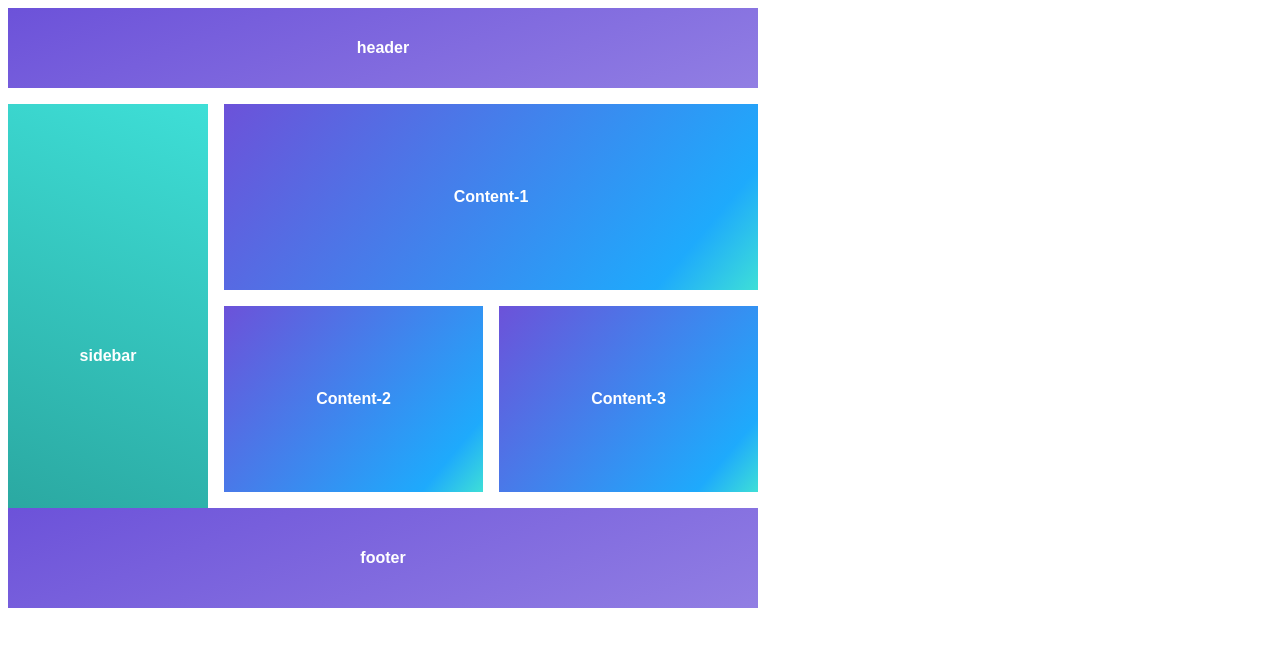
Repository: mariocapitbrok/css-grid
Page: 2_basicLayout/index.html
An editor plug-in stored every save of this project. The page is shown before and after a run of saves, followed by the edit.
The browser window is 1280 px wide. The pictures show the whole page.

Above is the page before, as saved 2022-12-30 14:19:45.

After the next 2 saves:
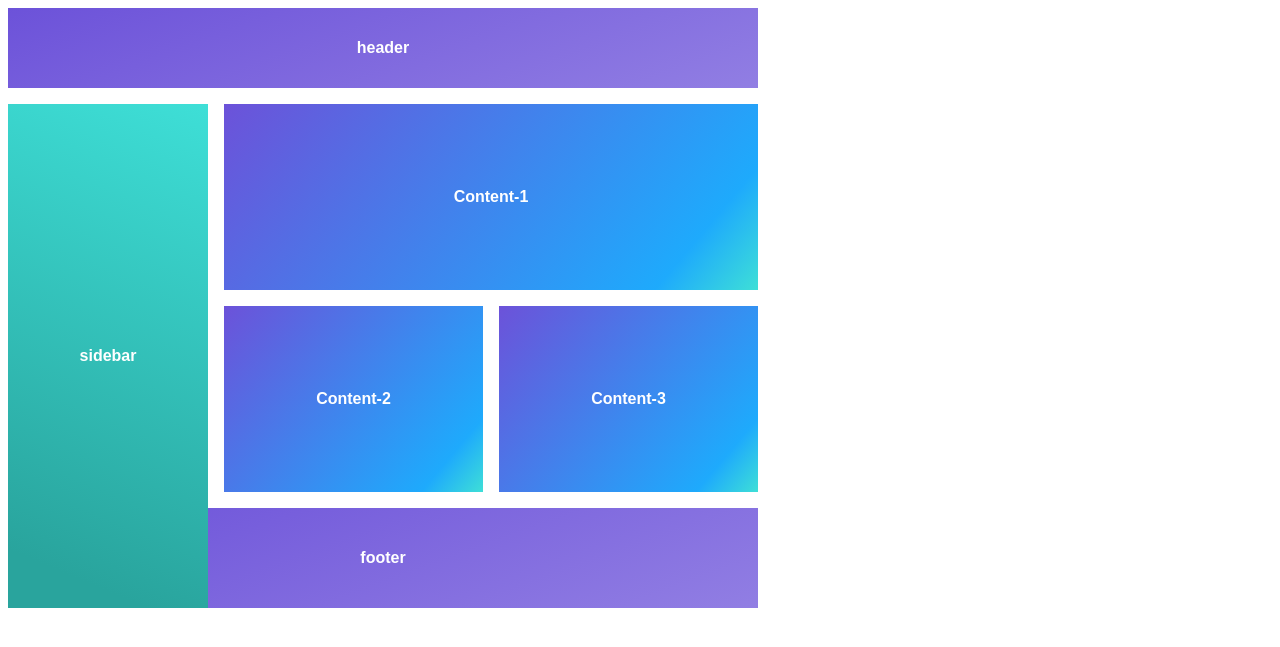
The 2 saves are shown as one change because they came seconds apart.
The last was saved 14 s later.
--- a/2_basicLayout/styles.css
+++ b/2_basicLayout/styles.css
@@ -30,6 +30,7 @@
   justify-content: center;
   align-items: center;
   background-image: linear-gradient(203deg,#3edfd7,#29a49d 90%);
+  z-index: 0;
 }
 
 .content-1 {

After the save that followed:
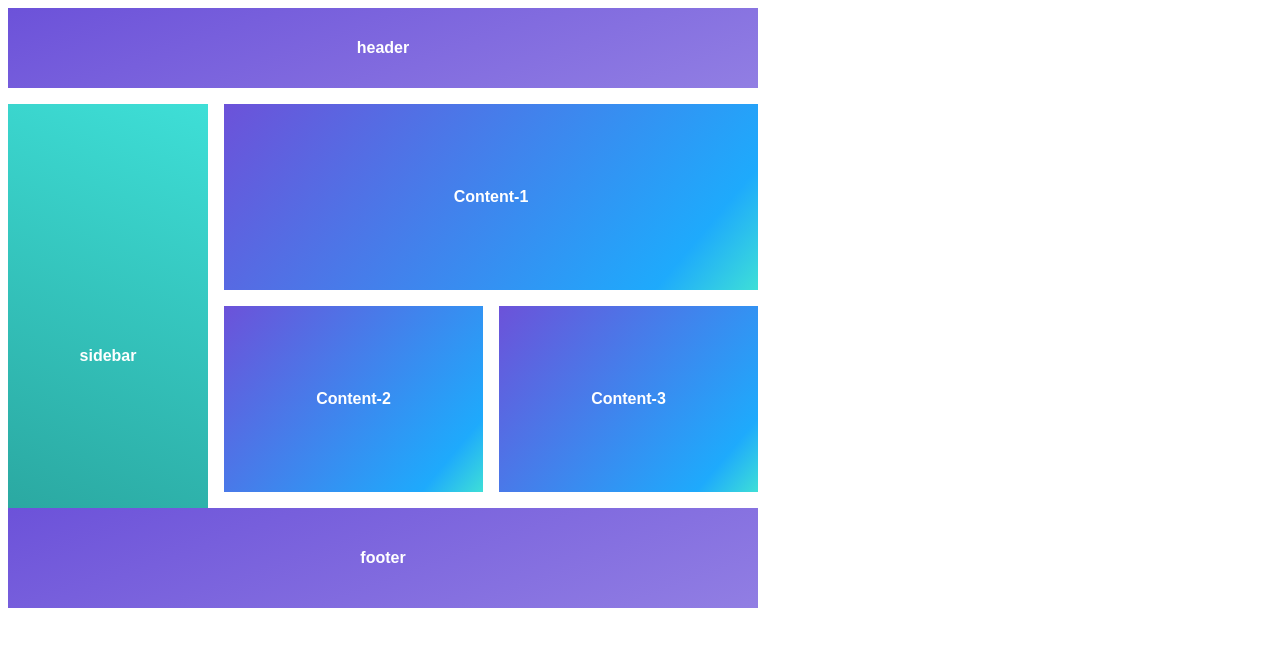
Saved 4 s later.
--- a/2_basicLayout/styles.css
+++ b/2_basicLayout/styles.css
@@ -30,7 +30,7 @@
   justify-content: center;
   align-items: center;
   background-image: linear-gradient(203deg,#3edfd7,#29a49d 90%);
-  z-index: 0;
+  z-index: -1;
 }
 
 .content-1 {
